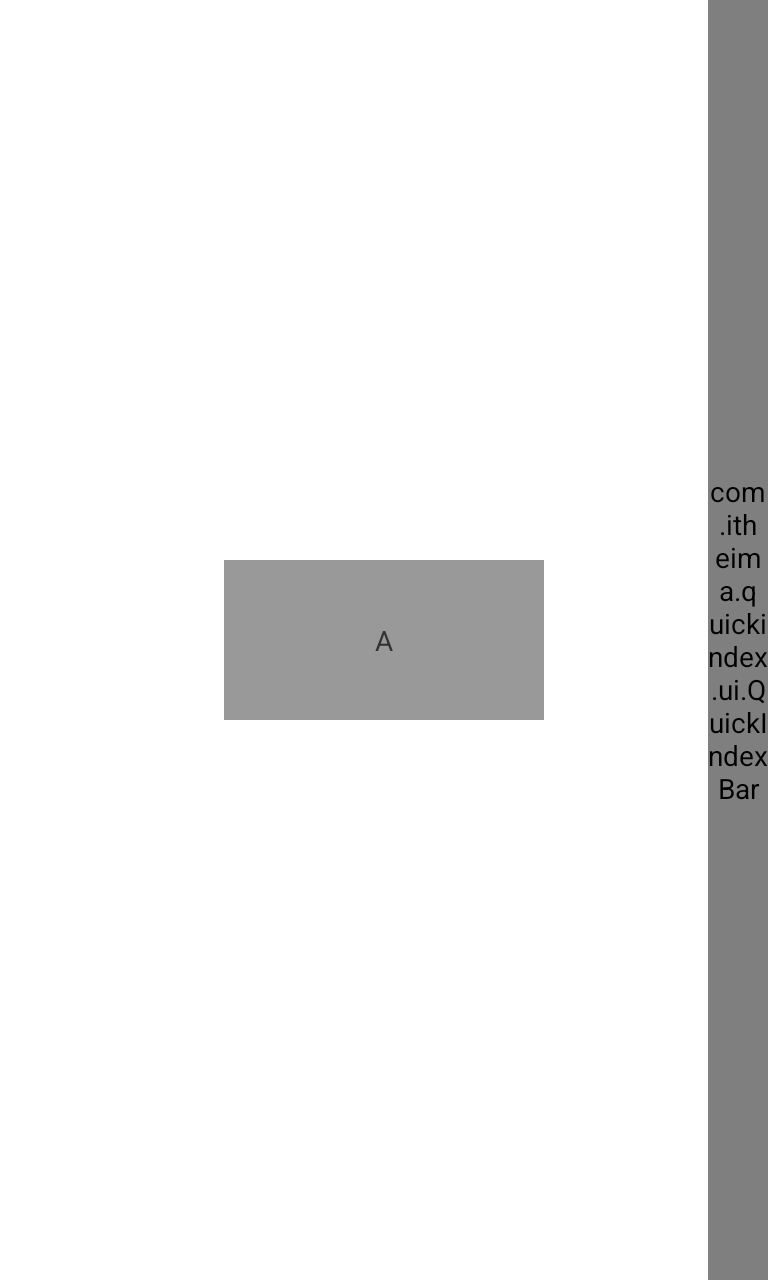
Repository: weijunfeng/QQEffects
Layout: 01_快速索引/res/layout/activity_main.xml
An editor plug-in stored every save of this project. The layout is shown before and after the next save, followed by the edit.
Pictures or frames that could not be fetched are drawn as grey boxes. It is drawn on a 768 x 1280 px phone screen (xhdpi) without system bars, with theme AppTheme; the app's code is not run. Lists and similar views that code fills are empty.

Above is the layout before, as saved 2015-04-01 09:34:01.

After the next save:
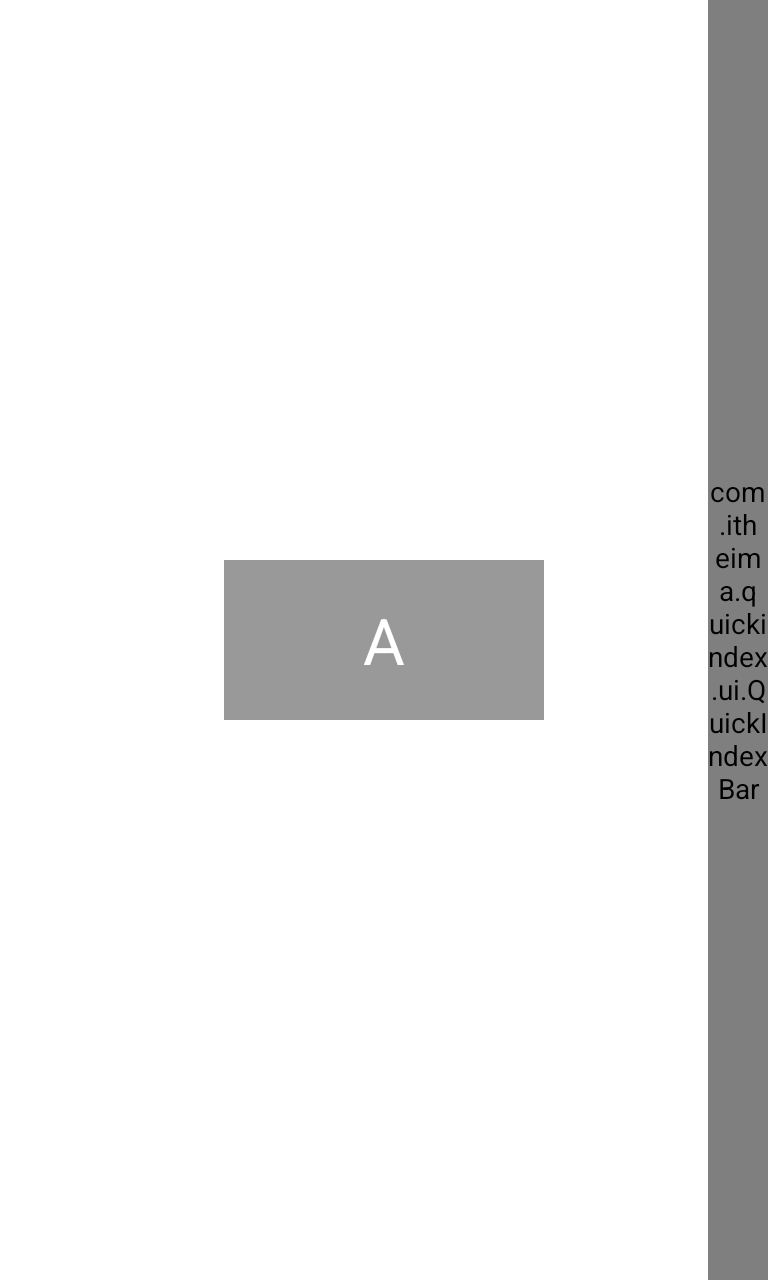
Saved 20 s later.
--- a/01_快速索引/res/layout/activity_main.xml
+++ b/01_快速索引/res/layout/activity_main.xml
@@ -22,6 +22,8 @@
         android:layout_height="80dp"
         android:background="#66000000"
         android:gravity="center"
+        android:textSize="32sp"
+        android:textColor="#ffffff"
         android:layout_centerInParent="true"
         android:text="A" />
 
